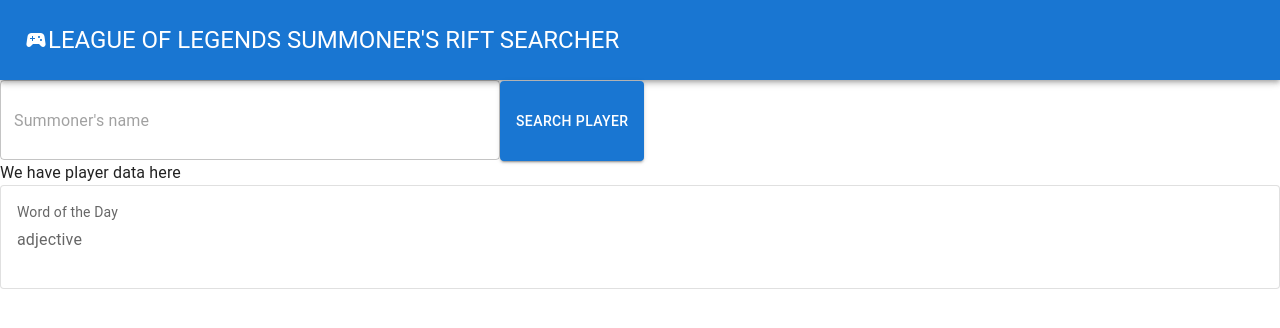
Repository: Mikerr21/League-Of-Legends-API
Page: /
These files come from the project's save history. The page is drawn as it stood at one moment and after the next save; the edit follows.
The browser window is 1280 px wide. The pictures show the whole page.
The page's requests for data from a server got no answer. The project was rebuilt for these pictures with package versions that can differ from the ones it lists, and the page was loaded fresh each time. No one was signed in, and anything a server would have sent is missing.

Above is the page before, as saved 2022-09-24 21:52:58.

### public/index.html
<!DOCTYPE html>
<html lang="en">
  <head>
    <meta charset="utf-8" />
    <link rel="icon" href="%PUBLIC_URL%/favicon.ico" />
    <meta name="viewport" content="width=device-width, initial-scale=1" />
    <meta name="theme-color" content="#000000" />
    <meta
      name="description"
      content="Web site created using create-react-app"
    />
    <link rel="apple-touch-icon" href="%PUBLIC_URL%/logo192.png" />

    <title>React App</title>
  </head>
  <body>
    <noscript>You need to enable JavaScript to run this app.</noscript>
    <div id="root"></div>

  </body>
</html>

### src/App.js
import React from "react";
import axios from "axios";
import { useState } from "react";
import { AppBar } from "@mui/material";
import { Toolbar } from "@mui/material";
import { CssBaseline } from "@mui/material";
import SportsEsportsIcon from "@mui/icons-material/SportsEsports";
import OutlinedInput from "@mui/material/OutlinedInput";

import { Typography } from "@mui/material";
import { Button } from "@mui/material";
import { Box } from "@mui/material";
import Card from "@mui/material/Card";
import CardActions from "@mui/material/CardActions";
import CardContent from "@mui/material/CardContent";

const card = (
  <React.Fragment>
    <CardContent>
      <Typography sx={{ fontSize: 14 }} color="text.secondary" gutterBottom>
        Word of the Day
      </Typography>
      <Typography sx={{ mb: 1.5 }} color="text.secondary">
        adjective
      </Typography>
    </CardContent>
  </React.Fragment>
);

function App() {
  const [searchPlayer, setSearchPlayer] = useState("");
  const [playerData, setPlayerData] = useState({});
  const API_KEY = "c4eb3244-2494-4789-a6a3-47b4f6d5b70a";

  function fetchPlayerData(event) {
    var API_KEY = "RGAPI-e5d7e95c-8a4e-4469-bf42-53bc6d1175b3";
    var API_CALL_STRING =
      "https://euw1.api.riotgames.com/lol/summoner/v4/summoners/by-name/" +
      searchPlayer +
      "?api_key=" +
      API_KEY;
    axios
      .get(API_CALL_STRING)
      .then(function (response) {
        //Success

        setPlayerData(response.data);
      })
      .catch(function (error) {
        //Error
        console.log(error);
      });
  }

  return (
    <div className="App">
      <CssBaseline />
      <AppBar position="static">
        <Toolbar variant="dense" style={{ height: "80px" }}>
          <SportsEsportsIcon></SportsEsportsIcon>
          <Typography variant="h5" component="h2">
            LEAGUE OF LEGENDS SUMMONER'S RIFT SEARCHER
          </Typography>
        </Toolbar>
      </AppBar>
      <Box>
        <OutlinedInput
          onChange={(e) => setSearchPlayer(e.target.value)}
          type="text"
          placeholder="Summoner's name"
          style={{ height: "80px", width: "500px" }}
        ></OutlinedInput>
        <Button
          onClick={fetchPlayerData()}
          variant="contained"
          style={{ height: "80px" }}
        >
          Search player
        </Button>
      </Box>
      {JSON.stringify(playerData.data) != "{}" ? (
        <Typography>We have player data here</Typography>
      ) : (
        <Typography>No player data detected</Typography>
      )}

      <Box sx={{ minWidth: 275 }}>
        <Card variant="outlined">{card}</Card>
      </Box>
    </div>
  );
}

export default App;

Loaded but not shown: src/index.js (common file); src/index.css (common file)

After the next save:
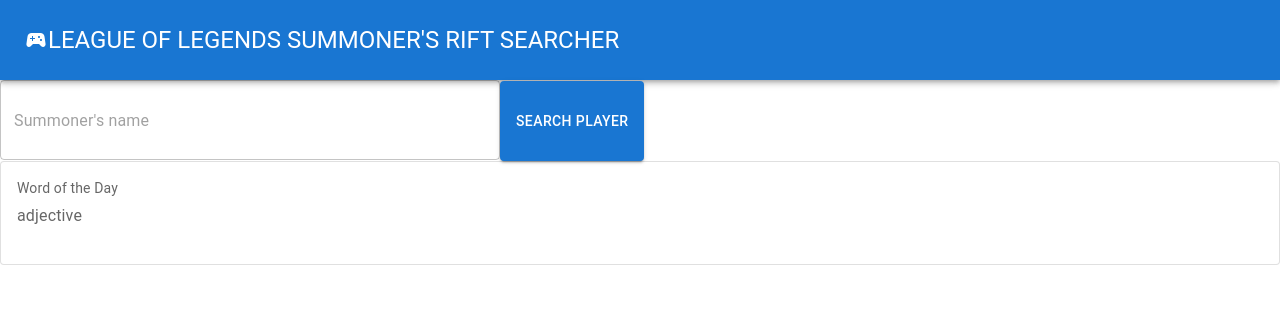
Saved 11 min 21 s later.
--- a/src/App.js
+++ b/src/App.js
@@ -78,11 +78,7 @@
           Search player
         </Button>
       </Box>
-      {JSON.stringify(playerData.data) != "{}" ? (
-        <Typography>We have player data here</Typography>
-      ) : (
-        <Typography>No player data detected</Typography>
-      )}
+      {JSON.stringify(playerData.data)}
 
       <Box sx={{ minWidth: 275 }}>
         <Card variant="outlined">{card}</Card>
